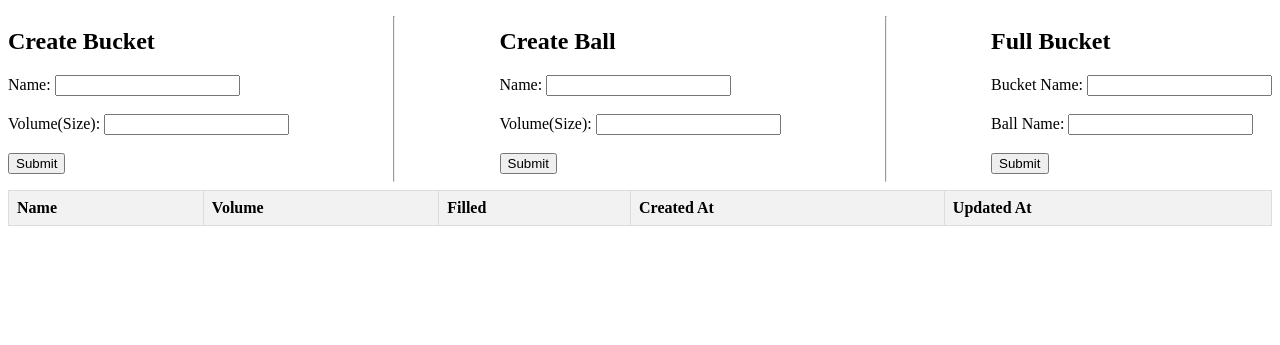
Repository: RajatPalankar8/nodejs_bucket_ball_task_new
Page: http://localhost/
The author's editor kept a copy of each file at every save. The page is drawn from the files as they stood at one save, then again after the next save.
The browser window is 1280 px wide. The pictures show the whole page.
The page is served by the project's Node server (index.js). Queries for data that is not in the repository find no rows.

Above is the page before, as saved 2023-07-17 10:32:39.

After the next save:
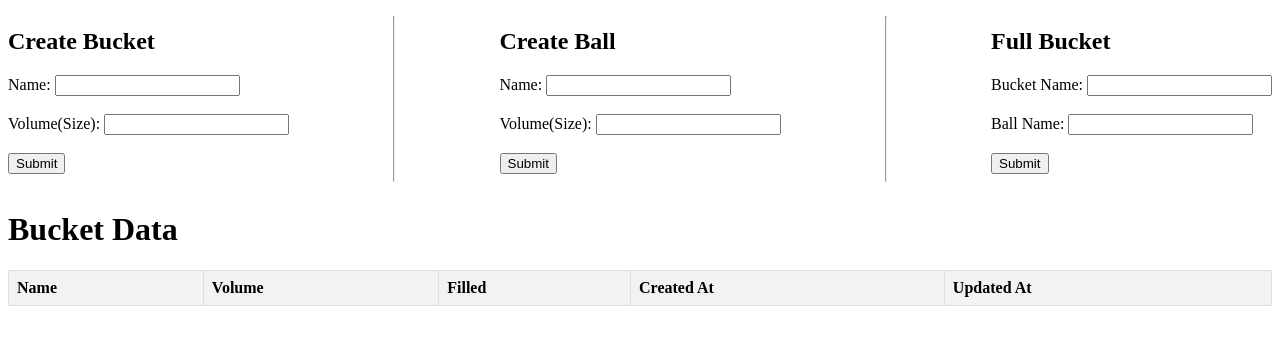
Saved 32 s later.
--- a/views/index.ejs
+++ b/views/index.ejs
@@ -56,7 +56,7 @@
       <p id="form3-response"></p>
     </form>
   </div>
-
+  <h1>Bucket Data</h1>
   <table>
     <thead>
       <tr>
